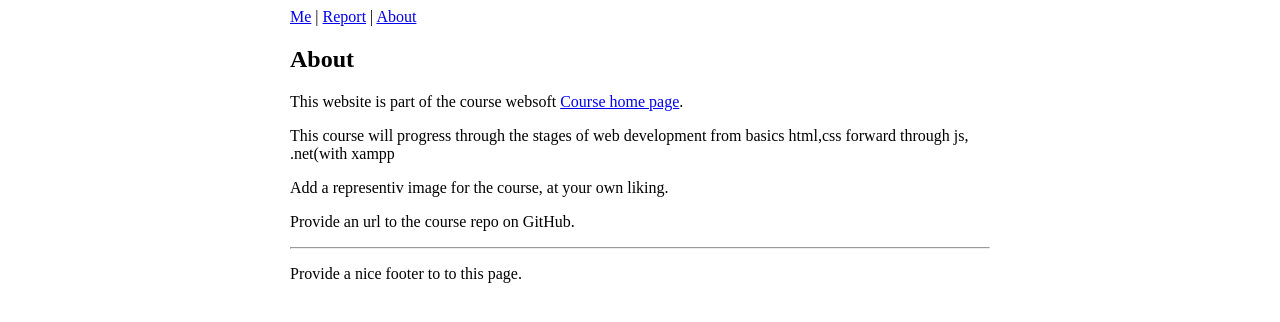
Repository: Webbprogrammering/websoft
Page: work/report/about.html
An editor plug-in stored every save of this project. The page is shown before and after a run of saves, followed by the edit.
The browser window is 1280 px wide. The pictures show the whole page.

Above is the page before, as saved 2020-01-24 07:25:06.

After the next 2 saves:
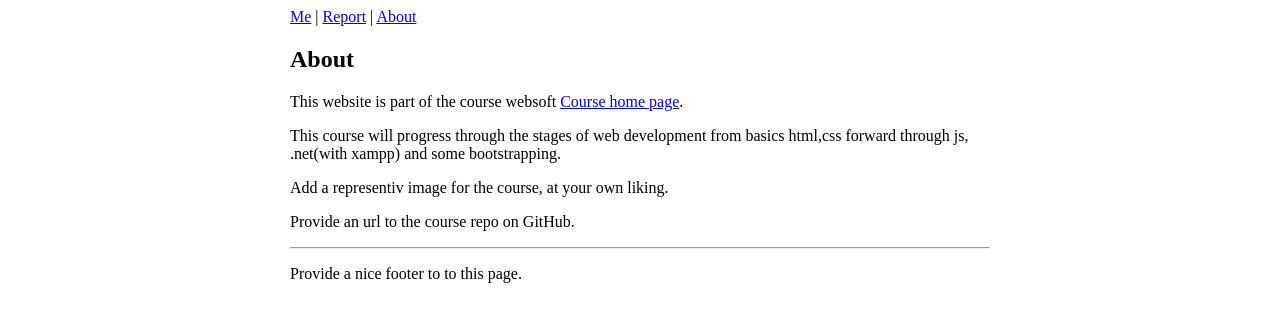
The 2 saves are shown as one change because they came seconds apart.
The last was saved 9 s later.
--- a/work/report/about.html
+++ b/work/report/about.html
@@ -26,7 +26,7 @@
 
 <p>This website is part of the course websoft <a href="https://www.hkr.se/kurs/DA377B/kursplan">Course home page</a>. <i></i></p>
 
-<p>This course will progress through the stages of web development from basics html,css forward through js, .net(with xampp</p>
+<p>This course will progress through the stages of web development from basics html,css forward through js, .net(with xampp) and some bootstrapping.</p>
 
 <p>Add a representiv image for the course, at your own liking.</p>
 
